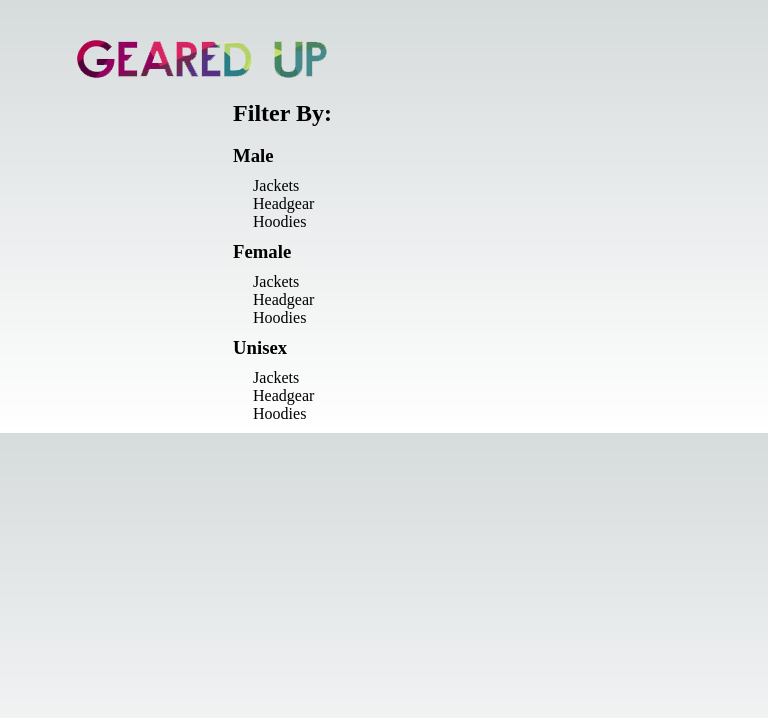
Repository: anoncoderin/madhu-dcd-gearup-assignment2
Page: /
An editor plug-in stored every save of this project. The page is shown before and after the next save, followed by the edit.
The browser window is 768 px wide. The pictures show the whole page.
The project was rebuilt for these pictures with package versions that can differ from the ones it lists, and the page was loaded fresh each time. The framework's server and built-in components were replaced by stand-ins that run in the browser. Also part of the build but not shown: next.config.js.

Above is the page before, as saved 2023-03-05 18:45:19.

### pages/index.js
import Head from 'next/head'
import Image from 'next/image'
import styles from '@/styles/Home.module.css'
import { useState } from 'react'
import data from '@/components/Inventory/inventory'




export default function Home() {

  const [cloth, setCloth] = useState(data.clothing);
  const [selection, setSelection] = useState([]);

  return (
    <>
      <Head>
        <title>Geared Up Online Store BCITSA</title>
        <meta name="description" content="Generated by create next app" />
        <meta name="viewport" content="width=device-width, initial-scale=1" />
        <link rel="icon" href="/favicon/favicon.ico" />
      </Head>
      <main>
        <div className={styles.logo}><img src={'logo/logo/logo.png'} /></div>
        <div className={styles.container}>
          <div className={styles.filters}>
            <br></br>
            <h2>Filter By:</h2>
            <br></br>
            <h3 onClick={() => setSelection(['Male', ''])}>Male</h3>
            <div className={styles.list}>
              <li onClick={() => setSelection(['Male', 'Jackets'])}>Jackets</li>
              <li onClick={() => setSelection(['Male', 'Headgear'])}>Headgear</li>
              <li onClick={() => setSelection(['Male', 'Hoodies'])}>Hoodies</li>
            </div>
            <h3 onClick={() => setSelection(['Female', ''])}>Female</h3>
            <div className={styles.list}>
              <li onClick={() => setSelection(['Female', 'Jackets'])}>Jackets</li>
              <li onClick={() => setSelection(['Female', 'Headgear'])}>Headgear</li>
              <li onClick={() => setSelection(['Female', 'Hoodies'])}>Hoodies</li>
            </div>
            <h3 onClick={() => setSelection(['Unisex', ''])}>Unisex</h3>
            <div className={styles.list}>
              <li onClick={() => setSelection(['Unisex', 'Jackets'])}>Jackets</li>
              <li onClick={() => setSelection(['Unisex', 'Headgear'])}>Headgear</li>
              <li onClick={() => setSelection(['Unisex', 'Hoodies'])}>Hoodies</li>
            </div>
          </div>
          <div className={styles.itemlist}>

            {
              cloth && cloth.map((c, index) => {

                if (selection[0] == c.sex && ((selection[1] == c.category) || (selection[1] == '')))
                 {
                  return (
                    <div key={index}>
                      <Image src={c.image} width={200} height={200} />
                      <p>{c.title}</p>
                      <p>{c.cost}</p>

                      <div className={styles.colorlist}>
                        {
                          c.colours && c.colours.map((col, index) => {
                            return (
                              <div className={styles.dot} style={{ backgroundColor: col }} />
                            )

                          })
                        }
                      </div>

                    </div>)

                }


              })
            }

          </div>
        </div>

      </main>
    </>
  )
}

### styles/globals.css
:root {
  --max-width: 1100px;
  --border-radius: 12px;
  --font-mono: ui-monospace, Menlo, Monaco, 'Cascadia Mono', 'Segoe UI Mono',
    'Roboto Mono', 'Oxygen Mono', 'Ubuntu Monospace', 'Source Code Pro',
    'Fira Mono', 'Droid Sans Mono', 'Courier New', monospace;

  --foreground-rgb: 0, 0, 0;
  --background-start-rgb: 214, 219, 220;
  --background-end-rgb: 255, 255, 255;

  --primary-glow: conic-gradient(
    from 180deg at 50% 50%,
    #16abff33 0deg,
    #0885ff33 55deg,
    #54d6ff33 120deg,
    #0071ff33 160deg,
    transparent 360deg
  );
  --secondary-glow: radial-gradient(
    rgba(255, 255, 255, 1),
    rgba(255, 255, 255, 0)
  );

  --tile-start-rgb: 239, 245, 249;
  --tile-end-rgb: 228, 232, 233;
  --tile-border: conic-gradient(
    #00000080,
    #00000040,
    #00000030,
    #00000020,
    #00000010,
    #00000010,
    #00000080
  );

  --callout-rgb: 238, 240, 241;
  --callout-border-rgb: 172, 175, 176;
  --card-rgb: 180, 185, 188;
  --card-border-rgb: 131, 134, 135;
}

button{
  width: 50px;

}
.li:hover{
background-color: rgb(203, 199, 199);
}

@media (prefers-color-scheme: dark) {
  :root {
    --foreground-rgb: 255, 255, 255;
    --background-start-rgb: 0, 0, 0;
    --background-end-rgb: 0, 0, 0;

    --primary-glow: radial-gradient(rgba(1, 65, 255, 0.4), rgba(1, 65, 255, 0));
    --secondary-glow: linear-gradient(
      to bottom right,
      rgba(1, 65, 255, 0),
      rgba(1, 65, 255, 0),
      rgba(1, 65, 255, 0.3)
    );

    --tile-start-rgb: 2, 13, 46;
    --tile-end-rgb: 2, 5, 19;
    --tile-border: conic-gradient(
      #ffffff80,
      #ffffff40,
      #ffffff30,
      #ffffff20,
      #ffffff10,
      #ffffff10,
      #ffffff80
    );

    --callout-rgb: 20, 20, 20;
    --callout-border-rgb: 108, 108, 108;
    --card-rgb: 100, 100, 100;
    --card-border-rgb: 200, 200, 200;
  }
}

* {
  box-sizing: border-box;
  padding: 0;
  margin: 0;
}

html,
body {
  max-width: 100vw;
  overflow-x: hidden;
}

body {
  color: rgb(var(--foreground-rgb));
  background: linear-gradient(
      to bottom,
      transparent,
      rgb(var(--background-end-rgb))
    )
    rgb(var(--background-start-rgb));
}

a {
  color: inherit;
  text-decoration: none;
}

@media (prefers-color-scheme: dark) {
  html {
    color-scheme: dark;
  }
}

### styles/Home.module.css
.filters{
  display: flex;
  flex-direction: column;
  align-items: left;
  margin-left: 20px;

}

.dot {
  height: 25px;
  width: 25px;

  border-radius: 50%;

}
.container{
  display: flex;
  flex-direction: row;
  justify-content: space-evenly;
}

.colorlist{
  display: flex;
  flex-direction: row;
  gap: 2px;
}
.itemlist{
  display: flex;
  flex-direction: row;
}
.list{
  margin-left: 10px;
  list-style: none;
 padding : 10px;
}
.logo{
  margin-left: 10vw;
  margin-top: 5vh;
}

/* Mobile */
@media screen and (max-width: 600px) {

  .itemlist{
    display: flex;
    flex-direction: column;


}
.container{
  display: flex;
  flex-direction: column;
  align-items: center;
}

}

/*Tablet*/
@media screen and (min-width:600px) and (max-width:1000px){
  .container{
    display: flex;
    flex-direction: row;
    gap: 10px;
  }
  .itemlist{
    display: flex;
    flex-direction: row;
    flex-wrap: wrap;

  }
}

### components/Inventory/inventory.js



const inventory ={company:"BCITSA Geared Up",
clothing:[
    {
        category:"Hoodies",
        sex:"Female",
        title:"Russell Athletic Hood",
        colours:["black", "charcoal", "green", "grey", "maroon", "navy"],
        hex:["#000", "#3E464B", "#24564A", "#B4B8B9", "#5F3A42", "#313F4F"],
        image:"/products/products/hoodies/russell_athletic_hood_black.png",
        cost:69.99
    },
    {
        category:"Hoodies",
        sex:"Male",
        title:"Aerospace",
        colours:["black", "navy"],
        hex:["#000", "#313F4F"],
        image:"/products/products/hoodies/hood_aerospace_black.png",
        cost:59.99
    },
    {
        category:"Hoodies",
        sex:"Female",
        title:"Classic Avalon Fleece Hoodie",
        colours:["black", "navy"],
        hex:["#000", "#313F4F"],
        image:"/products/products/hoodies/classic_avalon_fleece_hoodie_black.png",
        cost:57.99
    },
    {
        category:"Hoodies",
        sex:"Unisex",
        title:"Champion Full-Zup Hoodie",
        colours:["black", "grey","maroon","navy","green"],
        hex:["#000","#B4B8B9", "#5F3A42", "#313F4F"],
        image:"/products/products/hoodies/champion_full_zip_hoodie_black.png",
        cost:79.99
    },
    {
        category:"Hoodies",
        sex:"Male",
        title:"Forestry",
        colours:["green"],
        hex:["#24564A"],
        image:"/products/products/hoodies/hoodie_forestry_green.png",
        cost:59.99
    },
    {
        category:"Jackets",
        sex:"Male",
        title:"Waterproof Jacket",
        colours:["black", "graphite", "navy"],
        hex:["#000", "#69686D", "#313F4F"],
        image:"/products/products/jackets/waterproof_jacket_black.png",
        cost:79.99
    },
    {
        category:"Jackets",
        sex:"Female",
        title:"Soft Shell Hooded Jacket",
        colours:["black", "navy"],
        hex:["#000", "#313F4F"],
        image:"/products/products/jackets/soft_shell_hooded_jacket_black.png",
        cost:82.99
    },
    {
        category:"Headgear",
        sex:"Unisex",
        title:"Legacy Adjustable Hat",
        colours:["stone", "burgundy", "slate blue", "grey", "navy"],
        hex:["#25242D", "#DBDCD7", "#7F2430", "#595B76", "#685E66"],
        image:"/products/products/headgear/legacy_adjustable_hat_navy.png",
        cost:29.99
    },
    {
        category:"Headgear",
        sex:"Unisex",
        title:"Legacy Hat Trucker",
        colours:["cardinal", "orange", "green", "gold"],
        hex:["#5C5A4D", "#CA5927", "#43483B", "#F9BE14"],
        image:"/products/products/headgear/legacy_adjustable_hat_navy.png",
        cost:36.99
    },
    {
        category:"Headgear",
        sex:"Unisex",
        title:"Legacy Toque",
        colours:["black"],
        hex: ["#000"],
        image:"/products/products/headgear/legacy_toque_black.png",
        cost:3.499
    }
]


}
export default inventory;

Loaded but not shown: pages/_app.js (common file); pages/_document.js (common file)

After the next save:
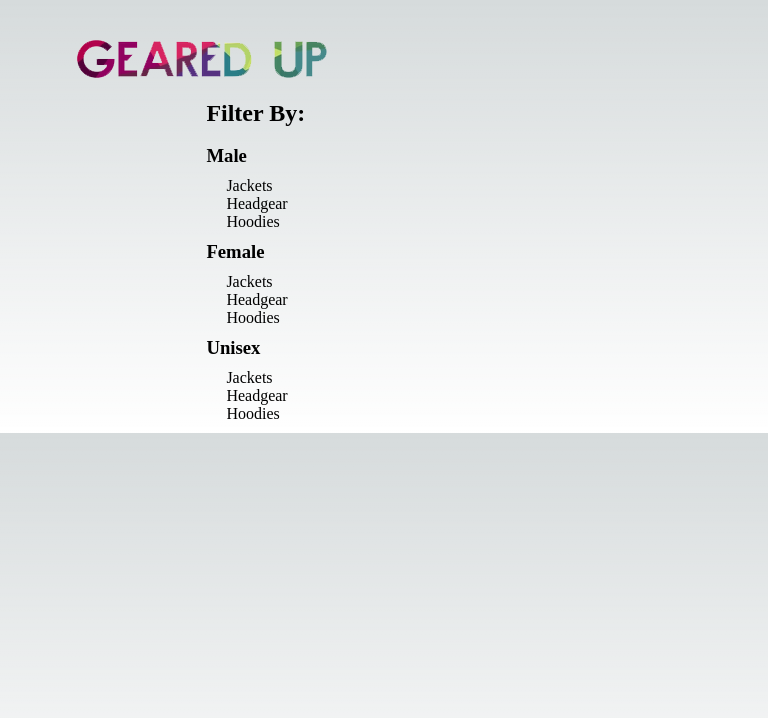
Saved 4 s later.
--- a/styles/Home.module.css
+++ b/styles/Home.module.css
@@ -60,7 +60,7 @@
   .container{
     display: flex;
     flex-direction: row;
-    gap: 10px;
+    gap: 90px;
   }
   .itemlist{
     display: flex;
